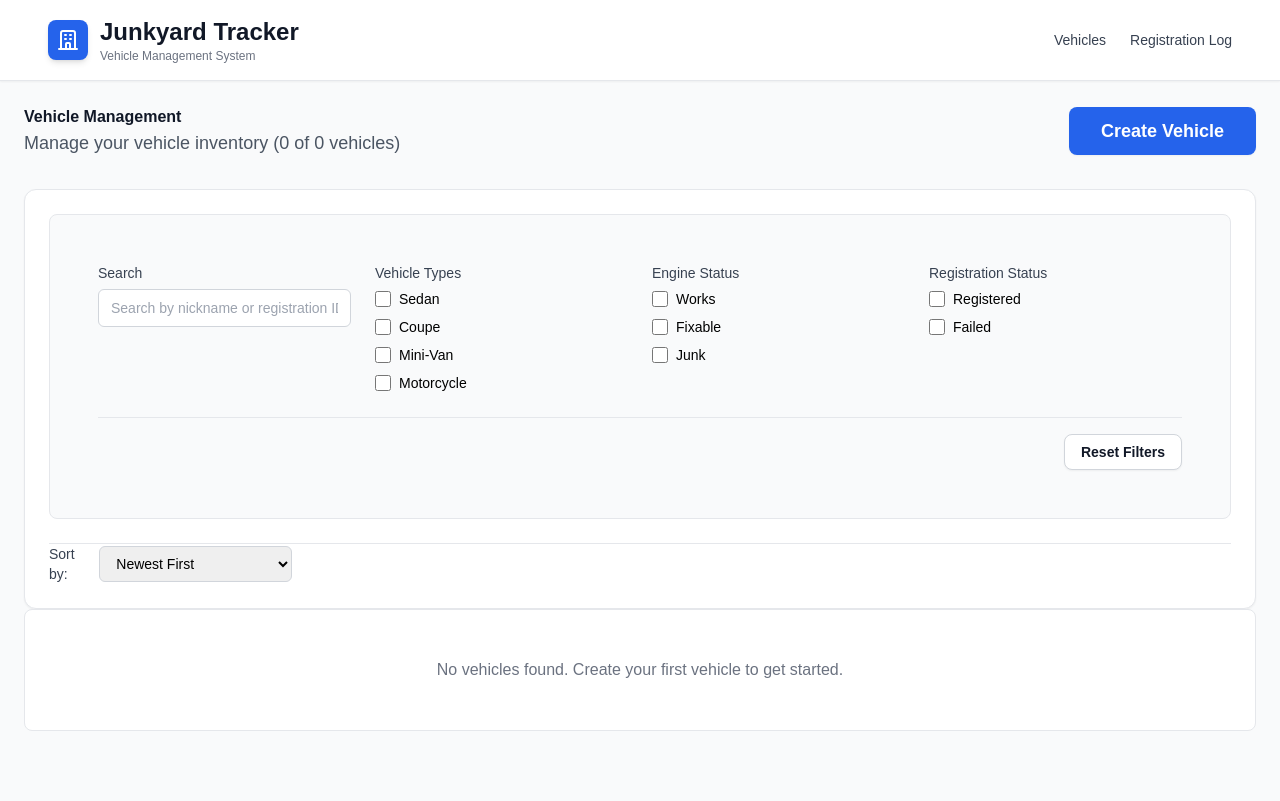
Repository: atomek88/vehicle-store
Page: /vehicles
These files come from the project's save history. The page is drawn as it stood at one moment and after the next save; the edit follows.
The browser window is 1280 px wide. The pictures show the whole page.
The project was rebuilt for these pictures with package versions that can differ from the ones it lists, and the page was loaded fresh each time. The framework's server and built-in components were replaced by stand-ins that run in the browser. Also part of the build but not shown: next.config.ts, src/components/ui/Badge.tsx, src/components/vehicle/SedanFields.tsx, src/components/vehicle/CoupeFields.tsx, src/components/vehicle/MiniVanFields.tsx, src/components/vehicle/MotorcycleFields.tsx, src/components/vehicle/VehicleForm.tsx, src/components/ui/ConfirmDialog.tsx.

Above is the page before, as saved 2026-01-21 00:36:01.

After the next save:
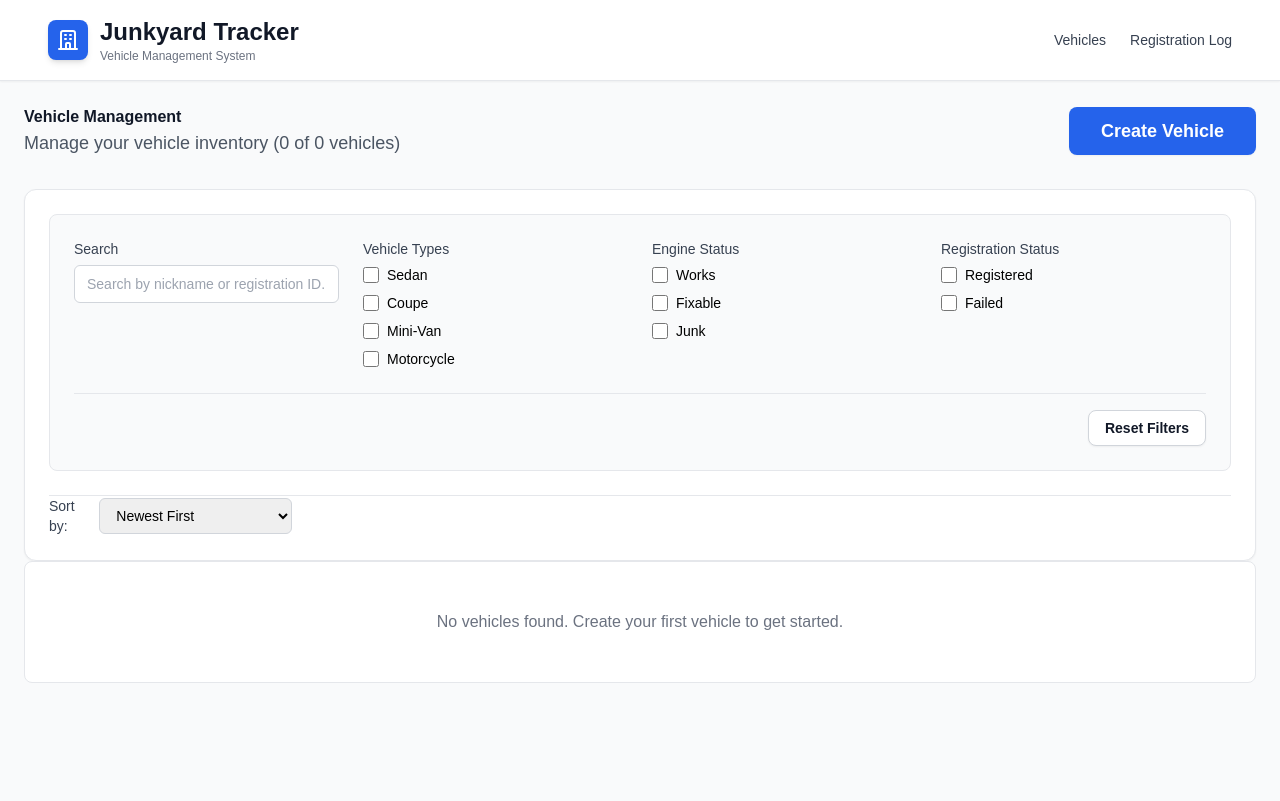
Saved 10 s later.
--- a/src/components/vehicle/FiltersBar.tsx
+++ b/src/components/vehicle/FiltersBar.tsx
@@ -17,7 +17,7 @@ export function FiltersBar({ filters, onFiltersChange, onReset, onSeedData }: Fi
   const engineStatuses: EngineStatus[] = ['works', 'fixable', 'junk'];
 
   return (
-    <div className="p-6">
+    <div>
       <div className="grid gap-6 md:grid-cols-2 lg:grid-cols-4">
         <Input
           label="Search"
